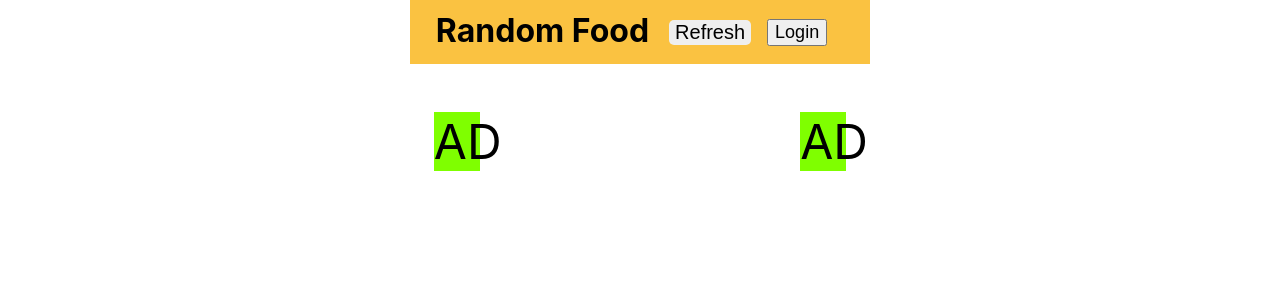
Repository: limjoohyun2030/random-food
Page: /random-food/home
These files come from the project's save history. The page is drawn as it stood at one moment and after the next save; the edit follows.
The browser window is 1280 px wide. The pictures show the whole page.
The page's requests for data from a server got no answer. The project was rebuilt for these pictures with package versions that can differ from the ones it lists, and the page was loaded fresh each time. A package was used in the major version that the imports need, not the one package.json lists. No one was signed in, and anything a server would have sent is missing. Also part of the build but not shown: src/components/food_detail/food_detail.module.css, src/components/food_detail/food_detail.jsx, src/components/food_item/food_item.module.css, src/components/food_item/food_item.jsx, src/components/login/login.module.css, src/components/login/login.jsx.

Above is the page before, as saved 2021-11-11 17:18:48.

### public/index.html
<!DOCTYPE html>
<html lang="en">
  <head>
    <meta charset="utf-8" />
    <link rel="icon" href="/images/foodIcon.ico" />
    <meta name="viewport" content="width=device-width, initial-scale=1" />
    <meta name="theme-color" content="#000000" />
    <meta
      name="description"
      content="Web site created using create-react-app"
    />

    <title>Random Food</title>
  </head>
  <body>
    <noscript>You need to enable JavaScript to run this app.</noscript>
    <div id="root"></div>
  </body>
</html>

### src/index.js
import React from "react";
import ReactDOM from "react-dom";
import "./index.css";
import App from "./app";
import AuthService from "./service/auth_service";

const authService = new AuthService();

ReactDOM.render(
  <React.StrictMode>
    <App authService={authService} />
  </React.StrictMode>,
  document.getElementById("root")
);

### src/index.css
body {
  margin: 0;
  padding: 0;
  font-family: -apple-system, BlinkMacSystemFont, "Segoe UI", "Roboto", "Oxygen",
    "Ubuntu", "Cantarell", "Fira Sans", "Droid Sans", "Helvetica Neue",
    sans-serif;
  -webkit-font-smoothing: antialiased;
  -moz-osx-font-smoothing: grayscale;
}

code {
  font-family: source-code-pro, Menlo, Monaco, Consolas, "Courier New",
    monospace;
}

* {
  box-sizing: border-box;
}

#root {
  display: flex;
  justify-content: center;
}

### src/app.jsx
import { useEffect, useState, useRef } from "react";
import { BrowserRouter, Route, Switch } from "react-router-dom";
import styles from "./app.module.css";
import FoodDetail from "./components/food_detail/food_detail";
import FoodList from "./components/food_list/food_list";
import Header from "./components/header/header";
import Login from "./components/login/login";


function App({ authService }) {
  const ref = useRef();
  const [foods, setFoods] = useState([]);
  const [isSelectedFood, setIsSelectedFood] = useState();
  const [isFoodOpen, setIsFoodOpen] = useState(false);
  const [isRefresh, setIsRefresh] = useState(false);

  const selectFood = (food) => {
    setIsSelectedFood(food);
  };

  const onRefreshClick = () => {
    setIsRefresh((oldstate) => !oldstate);
  };

  useEffect(() => {
    const myHeaders = new Headers();
    myHeaders.append("Content-Type", "application/json");

    const requestOptions = {
      method: "GET",
      headers: myHeaders,
      redirect: "follow",
    };

    fetch(
      "https://api.spoonacular.com/recipes/random?number=4&apiKey=92cedfb0b9e844679738e6c6c90cd453",
      requestOptions
    )
      .then((response) => response.json())
      .then((result) => setFoods(result.recipes))
      .catch((error) => console.log("error", error));
  }, [isRefresh]);

  useEffect(() => {
    const checkIfClickedOutside = (e) => {
      if (isFoodOpen && ref.current && !ref.current.contains(e.target)) {
        setIsFoodOpen(false);
      }
    };

    document.addEventListener("mousedown", checkIfClickedOutside);

    return () => {
      document.removeEventListener("mousedown", checkIfClickedOutside);
    };
  }, [isFoodOpen]);

  return (
    <div className={styles.app}>
      <BrowserRouter>
        <Switch>
          <Route
            exact
            path="/random-food/"
            render={() => <Login authService={authService} />}
          />

          <Route
            path="/random-food/home"
            render={() => (
              <div>
                <Header onRefreshClick={onRefreshClick} />
                <section>
                  <div className={styles.detail}>
                    {isFoodOpen && <FoodDetail food={isSelectedFood} />}
                  </div>

                  <div
                    className={styles.list}
                    onClick={() => setIsFoodOpen((oldstate) => !oldstate)}
                  >
                    <FoodList
                      foods={foods}
                      onFoodClick={selectFood}
                      ref={ref}
                    />
                  </div>
                </section>
              </div>
            )}
          />
          <Route path="*">
            <h2>Page Not Found</h2>
          </Route>
        </Switch>
      </BrowserRouter>
    </div>
  );
}

export default App;

### src/service/auth_service.js
import firebase from "firebase";
import firebaseApp from "./firebase";

class AuthService {
  login() {
    const authProvider = new firebase.auth.GoogleAuthProvider();
    return firebaseApp.auth().signInWithPopup(authProvider);
  }
}

export default AuthService;

### src/app.module.css
/* @value makerLightOrange from './common/colors.css'; */

.app {
  max-width: 100rem;
  /* background-image: url("https://image.freepik.com/free-photo/spaghetti-with-spicy-mixed-seafood-dark-background_1150-45297.jpg"); */
  background-repeat: no-repeat;
  background-size: 100vw 100vh;
}

.content {
  position: relative;
}

.detail {
  z-index: 2;
  /* margin: auto 0; */
  margin-top: 1em;
  height: 520px;
  width: auto;
  position: absolute;
  background-color: #dfe08e;
}

.list {
  /* visibility: hidden; */
  z-index: 1;
}

### src/components/food_list/food_list.jsx
import React from "react";
import FoodItem from "../food_item/food_item";
import styles from "./food_list.module.css";

const FoodList = React.forwardRef(({ foods, onFoodClick }, ref) => {
  return (
    <section className={styles.foodBox}>
      <div className={styles.sidebarLeft}>AD</div>
      <ul className={styles.foods}>
        {foods &&
          foods.map((food) => (
            <FoodItem
              key={food.id}
              food={food}
              onFoodClick={onFoodClick}
              ref={ref}
            />
          ))}
      </ul>
      <div className={styles.sidebarRight}>AD</div>
    </section>
  );
});

export default FoodList;

### src/components/header/header.jsx
import styles from "./header.module.css";
import React from "react";

const Header = ({ onRefreshClick }) => {
  return (
    <header className={styles.header}>
      <div className={styles.leftbox}>
        {/* <img
          className={styles.foodIcon}
          src="https://github.com/Sweetpotatopizza/random-food/blob/main/public/images/reloadIcon.png"
          alt="logo"
        /> */}
        <h1 className={styles.title}>Random Food</h1>
        <button className={styles.reloadBox} onClick={onRefreshClick}>
          Refresh
          {/* <img
            className={styles.reloadBtn}
            src="/images/reload.png"
            alt="reload"
          /> */}
        </button>
      </div>
      {/* fontawesome needed */}
      <div className={styles.rightbox}>
        {/* <button className={styles.like}>Like</button> */}
        <button className={styles.login}>Login</button>
      </div>
    </header>
  );
};

export default Header;

### src/service/firebase.js
// Import the functions you need from the SDKs you need
// import { initializeApp } from "firebase/app";
import firebase from "firebase";

// TODO: Add SDKs for Firebase products that you want to use
// https://firebase.google.com/docs/web/setup#available-libraries

// Your web app's Firebase configuration
// For Firebase JS SDK v7.20.0 and later, measurementId is optional
const firebaseConfig = {
  apiKey: process.env.REACT_APP_FIREBASE_API_KEY,
  authDomain: process.env.REACT_APP_FIREBASE_AUTH_DOMAIN,
  databaseURL: process.env.REACT_APP_FIREBASE_DB_URL,
  projectId: process.env.REACT_APP_FIREBASE_PROJECT_ID,
  appId: process.env.REACT_APP_FIREBASE_APP_ID,
};

// console.log(process.env.REACT_APP_FIREBASE_API_KEY);
// Initialize Firebase
const firebaseApp = firebase.initializeApp(firebaseConfig);
export default firebaseApp;

### src/components/food_list/food_list.module.css
.foodBox {
  display: flex;
}

.foods {
  display: flex;
  flex-wrap: wrap;
  list-style: none;
  justify-content: center;
  align-items: center;
  width: 80%;
  margin: 0 auto;
  padding: 0;
  position: relative;
}

.sidebarLeft {
  margin-top: 1em;
  margin-left: 0.5em;
  background-color: chartreuse;
  font-size: 3em;
  width: 10%;
  cursor: blocked;
  position: relative;
}

.sidebarLeft::after {
  position: absolute;
  z-index: 2;
}

.sidebarRight {
  margin-top: 1em;
  margin-right: 0.5em;
  background-color: chartreuse;
  font-size: 3em;
  width: 10%;
  cursor: blocked;
  position: relative;
}

.sidebarRight::after {
  position: absolute;
  z-index: 2;
}

@media screen and (max-width: 769px) {
  .foods {
    flex-direction: column;
    flex-wrap: nowrap;
    width: 100%;
  }
}

### src/components/header/header.module.css
/* @value makerOrange from '../../common/colors.css'; */

.header {
  display: flex;
  height: 4rem;
  padding: 0.8em 1em;
  background-color: #fac241;
  align-items: center;
  justify-content: space-between;
}

.leftbox {
  display: flex;
  align-items: center;
  margin-right: 1em;
}

.title {
  margin-top: 19px;
  margin-left: 10px;
}

.foodIcon {
  width: 50px;
  height: 50px;
}

.reloadBox {
  font-size: 20px;
  border-radius: 5px;
  border: none;
  margin-left: 1em;
  transition: transform 200ms ease-in-out;
}

.reloadBox:hover {
  cursor: pointer;
  transform: scale(1.07);
}

.reloadBtn {
  width: 40px;
  height: 40px;
}

.reloadBtn:hover {
  cursor: pointer;
  animation-name: spin;
  animation-duration: 2000ms;
  animation-iteration-count: infinite;
  animation-timing-function: linear;
}

@keyframes spin {
  from {
    transform: rotate(0deg);
  }
  to {
    transform: rotate(360deg);
  }
}

.like {
  margin-right: 1.5em;
  font-size: large;
  cursor: pointer;
  transition: transform 200ms ease-in-out;
}

.like:hover {
  transform: scale(1.07);
}

.login {
  margin-right: 1.5em;
  font-size: large;
  cursor: pointer;
}

After the next save:
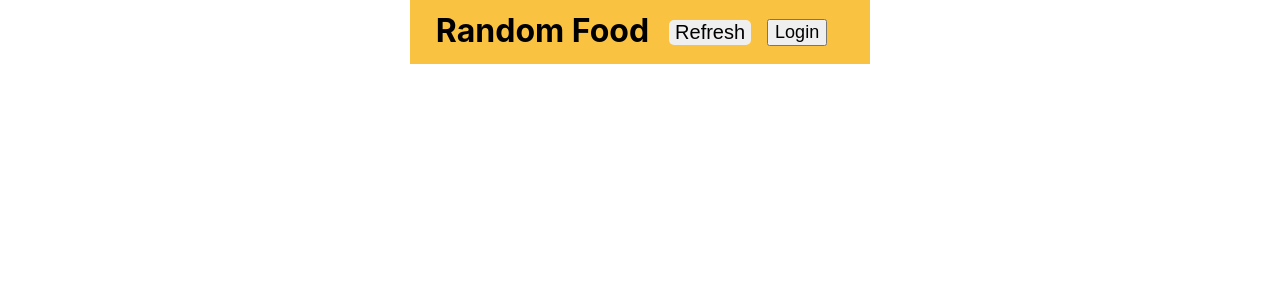
Saved 80 s later.
--- a/src/components/food_list/food_list.jsx
+++ b/src/components/food_list/food_list.jsx
@@ -5,7 +5,7 @@ import styles from "./food_list.module.css";
 const FoodList = React.forwardRef(({ foods, onFoodClick }, ref) => {
   return (
     <section className={styles.foodBox}>
-      <div className={styles.sidebarLeft}>AD</div>
+      {/* <div className={styles.sidebarLeft}>AD</div> */}
       <ul className={styles.foods}>
         {foods &&
           foods.map((food) => (
@@ -17,7 +17,7 @@ const FoodList = React.forwardRef(({ foods, onFoodClick }, ref) => {
             />
           ))}
       </ul>
-      <div className={styles.sidebarRight}>AD</div>
+      {/* <div className={styles.sidebarRight}>AD</div> */}
     </section>
   );
 });
